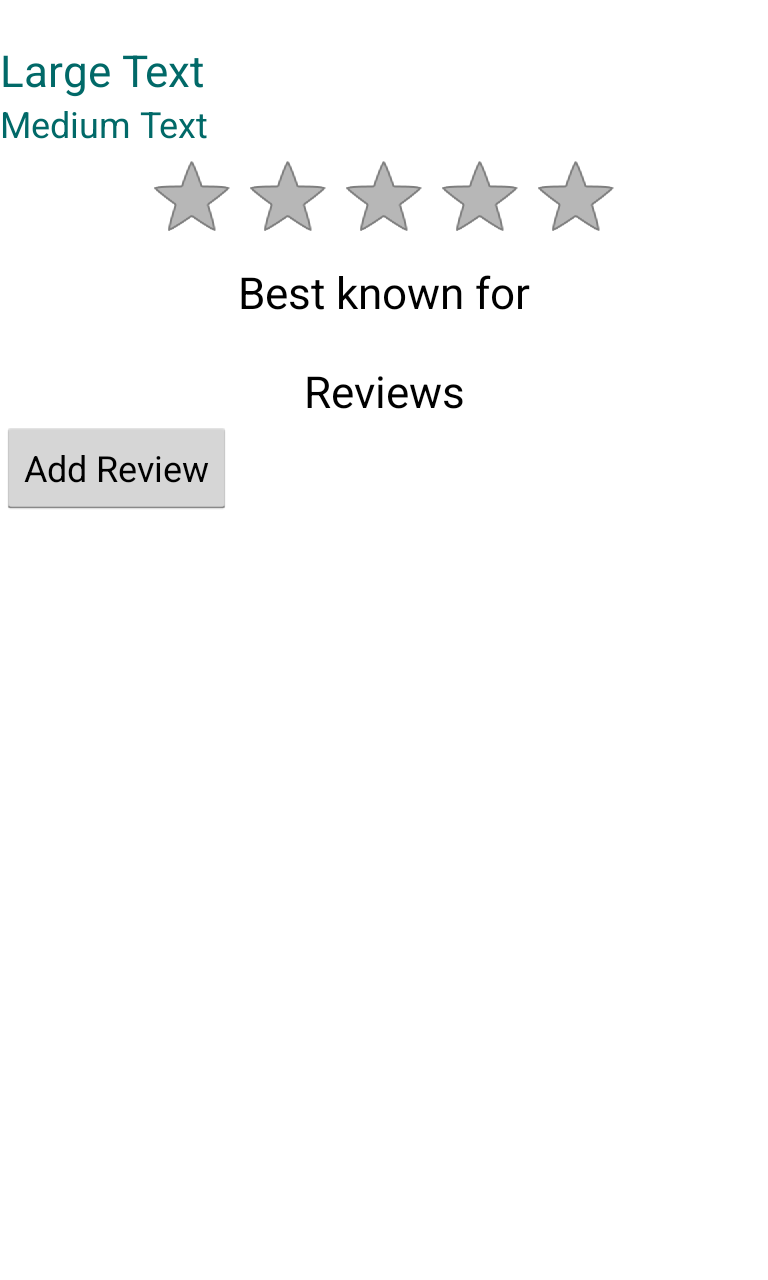
Repository: yash256/atnt
Layout: WNY Farm Fresh/res/layout/market_details.xml
The author's editor kept a copy of each file at every save. The layout is drawn from the files as they stood at one save, then again after a run of saves.
It is drawn on a 768 x 1280 px phone screen (xhdpi) without system bars, with theme AppTheme; the app's code is not run. Lists and similar views that code fills are empty.

Above is the layout before, as saved 2014-11-10 22:09:07.

After the next 2 saves:
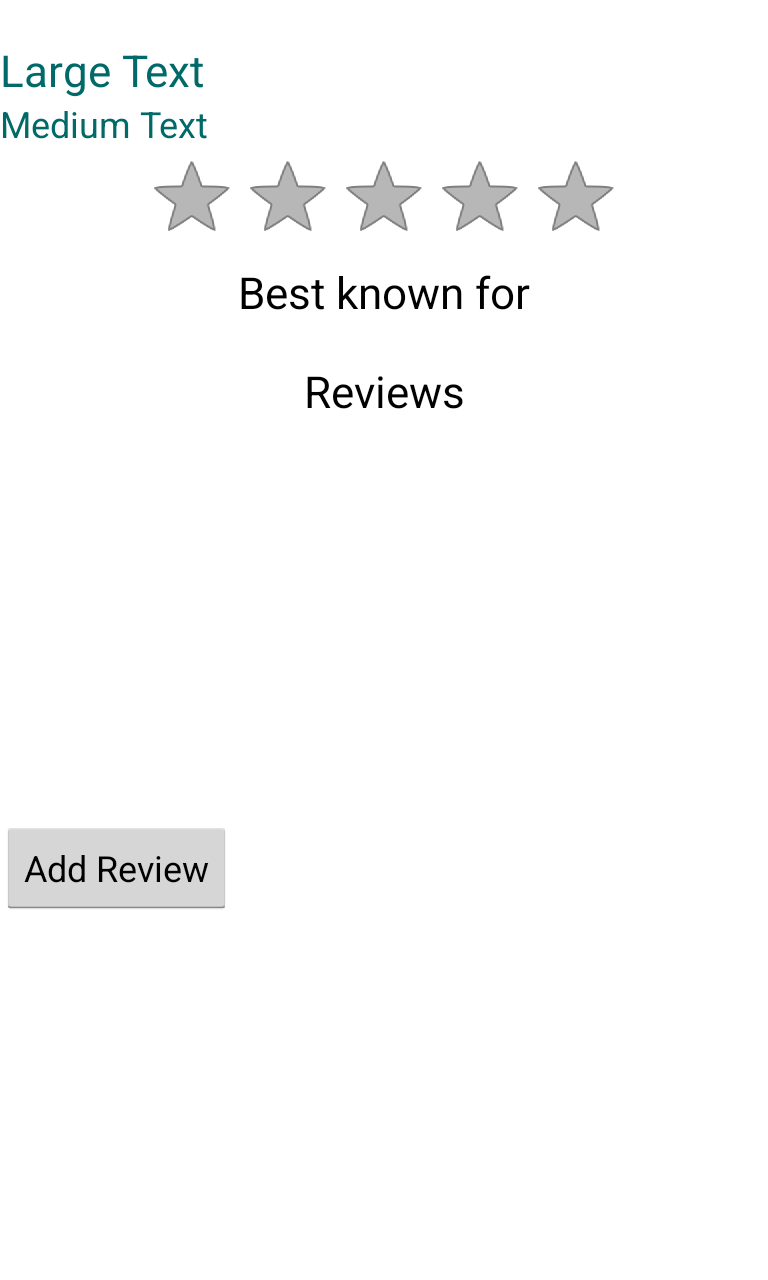
The 2 saves are shown as one change because 1 did not build or start.
The last was saved 31 s later.
--- a/WNY Farm Fresh/res/layout/market_details.xml
+++ b/WNY Farm Fresh/res/layout/market_details.xml
@@ -70,9 +70,8 @@
     <ListView
         android:id="@+id/android:list"
         android:layout_width="match_parent"
-        android:layout_height="wrap_content"
-        android:layout_columnSpan="8"
-        android:layout_rowSpan="6">
+        android:layout_height="200dp"
+        android:layout_columnSpan="8" >
 
     </ListView>
     <Button
